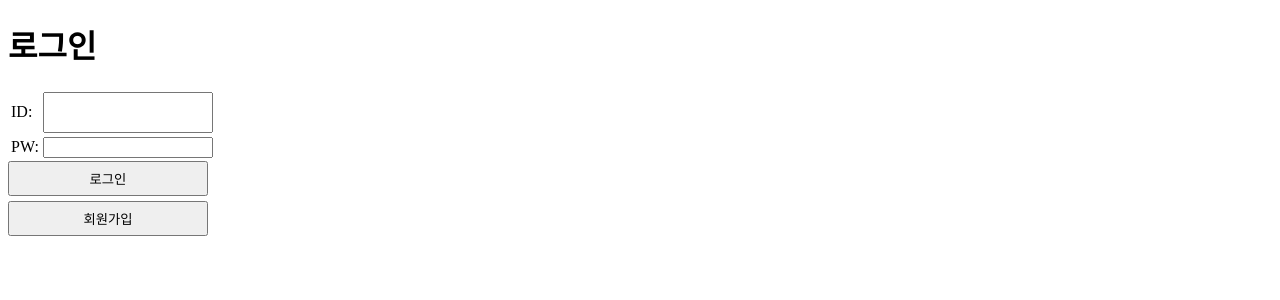
Repository: euniiee/test11
Page: http://localhost/Project/Login.jsp
An editor plug-in stored every save of this project. The page is shown before and after the next save, followed by the edit.
The browser window is 1280 px wide. The pictures show the whole page.
The page is served by Tomcat 9. Other server files are loaded and not shown.

Above is the page before, as saved 2023-02-01 01:25:33.

### Project/WebContent/Login.jsp
<%@ page language="java" contentType="text/html; charset=UTF-8"
    pageEncoding="UTF-8"%>
<!DOCTYPE html>
<html>
<head>
<meta charset="UTF-8">
<title>Insert title here</title>
<script src="https://code.jquery.com/jquery-3.6.3.js" integrity="sha256-nQLuAZGRRcILA+6dMBOvcRh5Pe310sBpanc6+QBmyVM=" crossorigin="anonymous"></script>
<style>

</style>
</head>
<body>
	<form style="width:200px">
		<h1>로그인</h1>
		<table>
			<tr>
				<td>ID:</td>
				<td><input style="width:100%; height:35px;"type="text" class="id" name="id"  required></td>
			</tr>
			<tr>
				<td>PW:</td>
				<td><input style="width:100%" height:35px; type="password" class="pw" name="pw" required></td>
			</tr>
		</table>
			<input type="submit" value="로그인" style="width:100%;  height:35px; margin-bottom:5px"><br>
			<input type="submit" value="회원가입" style="width:100%; height:35px "><br>
	</form>
</body>
</html>

After the next save:
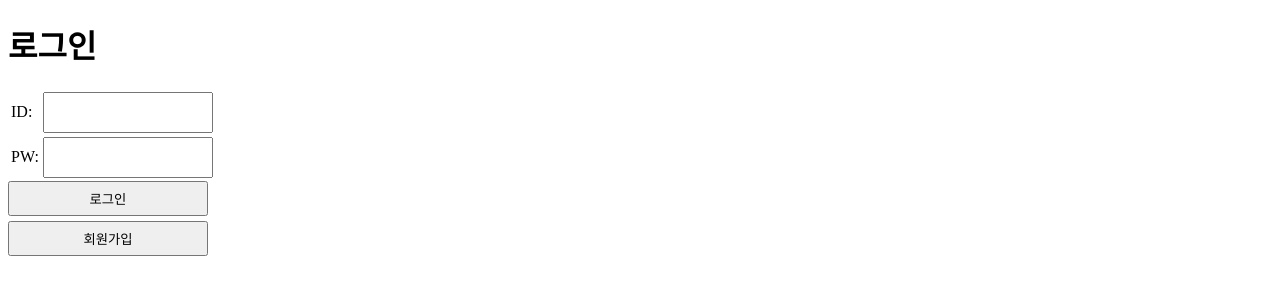
Saved 13 s later.
--- a/Project/WebContent/Login.jsp
+++ b/Project/WebContent/Login.jsp
@@ -20,7 +20,7 @@
 			</tr>
 			<tr>
 				<td>PW:</td>
-				<td><input style="width:100%" height:35px; type="password" class="pw" name="pw" required></td>
+				<td><input style="width:100%; height:35px;" type="password" class="pw" name="pw" required></td>
 			</tr>
 		</table>
 			<input type="submit" value="로그인" style="width:100%;  height:35px; margin-bottom:5px"><br>
